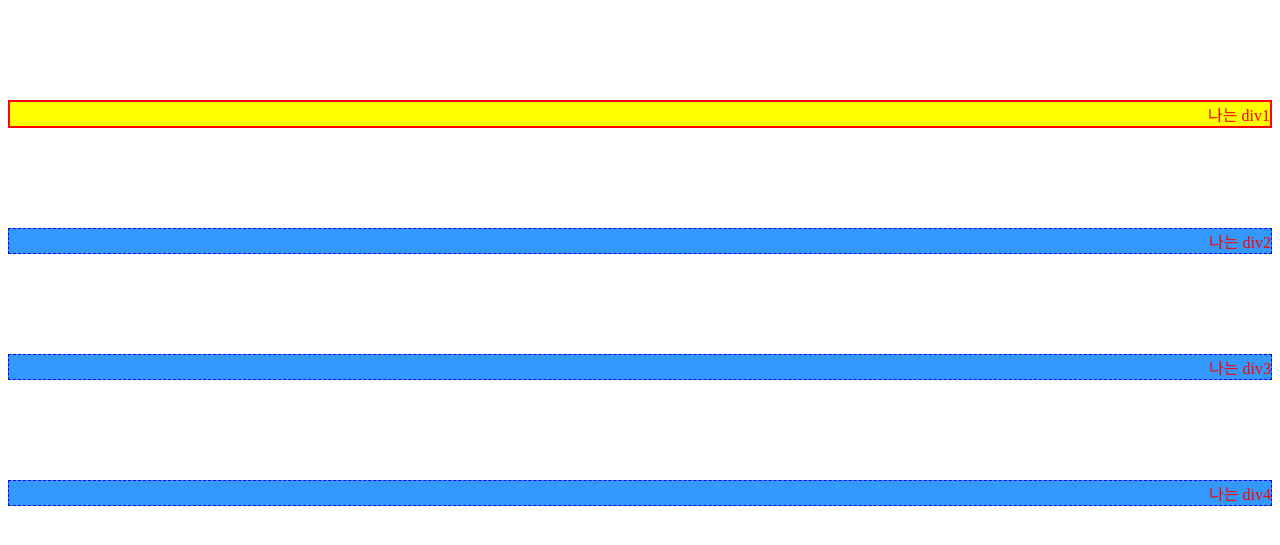
Repository: raccoon304/gugkbi_jsp
Page: HTML5/src/main/webapp/ch01_cssOrder/cssOrder.html
The author's editor kept a copy of each file at every save. The page is drawn from the files as they stood at one save, then again after the next save.
The browser window is 1280 px wide. The pictures show the whole page.

Above is the page before, as saved 2025-11-13 07:40:48.

### HTML5/src/main/webapp/ch01_cssOrder/cssOrder.html
<!DOCTYPE html>
<html>
<head>
<meta charset="UTF-8">
<title>CSS(Cascading Style Sheets)의 우선순위에 대해서 알아본다.</title>

<style type="text/css">
	/* css주석문 */
	/*
		===== CSS(Cascading Style Sheets)의 우선순위 =====
		해당 태그에 직접준것(인라인방식) > HTML 파일에서 준 style태그(임배디드방식)
	*/
	div{
		border: dashed 1px blue; /* 테두리 : 점선 두께 1px 파랑색 */
		background-color: #3399ff; 	/* 배경색 : 하늘색*/
		color: red;					/* 글자색 : 빨간색 */
		font-style: normal;			/* 폰트모양 : 정자 */
		text-align: right;			/* 글자정렬 */
		margin: 100px 0;
	}

</style>

</head>
<body>
	<!--  HTML 주석문  -->
	<div style ="border: solid 2px red; background-color: yellow;">나는 div1</div>
	<div>나는 div2</div>
	<div>나는 div3</div>
	<div>나는 div4</div>
</body>
</html>

After the next save:
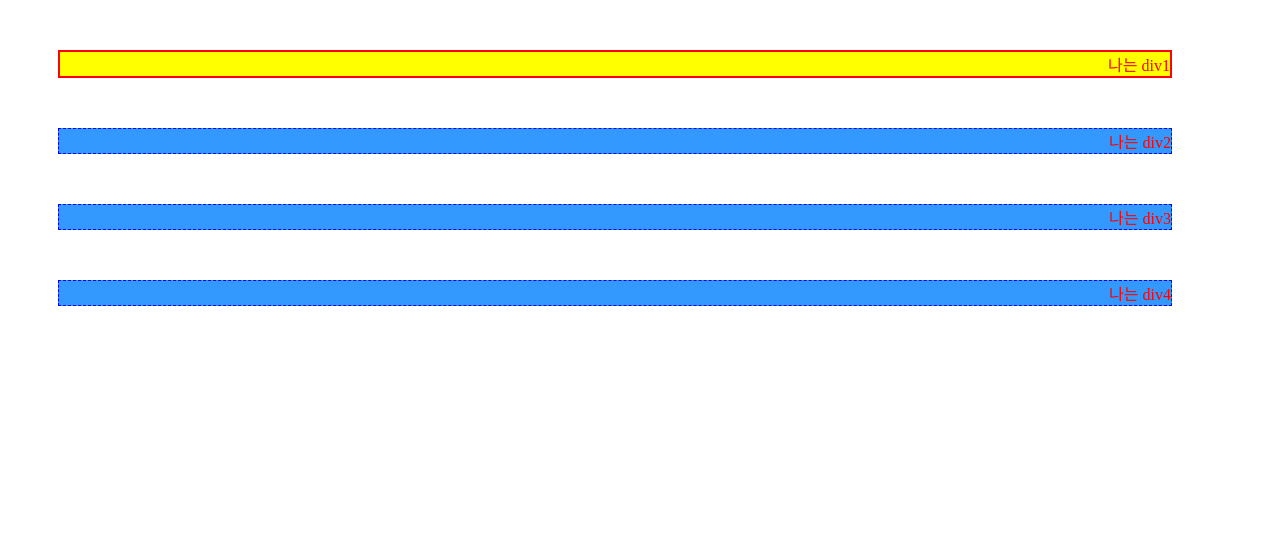
Saved 2 min 43 s later.
--- a/HTML5/src/main/webapp/ch01_cssOrder/cssOrder.html
+++ b/HTML5/src/main/webapp/ch01_cssOrder/cssOrder.html
@@ -16,7 +16,7 @@
 		color: red;					/* 글자색 : 빨간색 */
 		font-style: normal;			/* 폰트모양 : 정자 */
 		text-align: right;			/* 글자정렬 */
-		margin: 100px 0;
+		margin: 50px 100px 20px 50px;
 	}
 
 </style>
